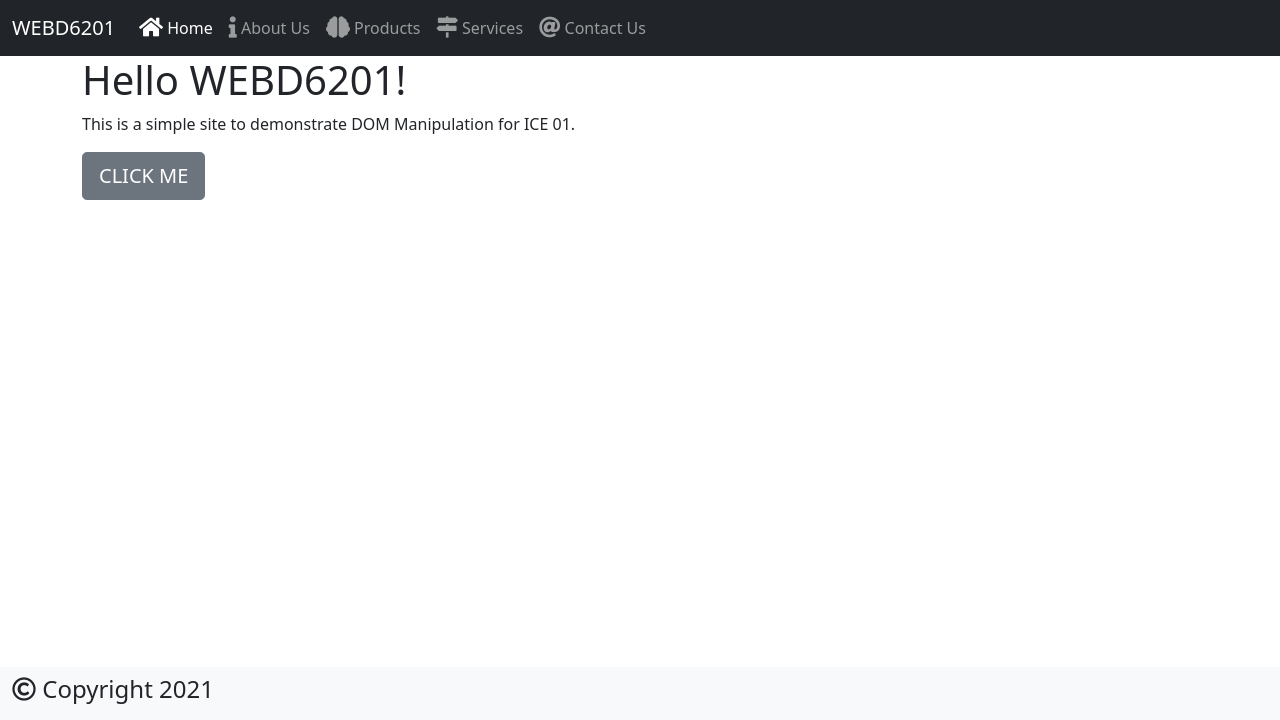
Repository: GarlicButterBoy/WEBD6201-Week1
Page: index.html
These files come from the project's save history. The page is drawn as it stood at one moment and after the next save; the edit follows.
The browser window is 1280 px wide. The pictures show the whole page.

Above is the page before, as saved 2021-01-20 09:41:21.

After the next save:
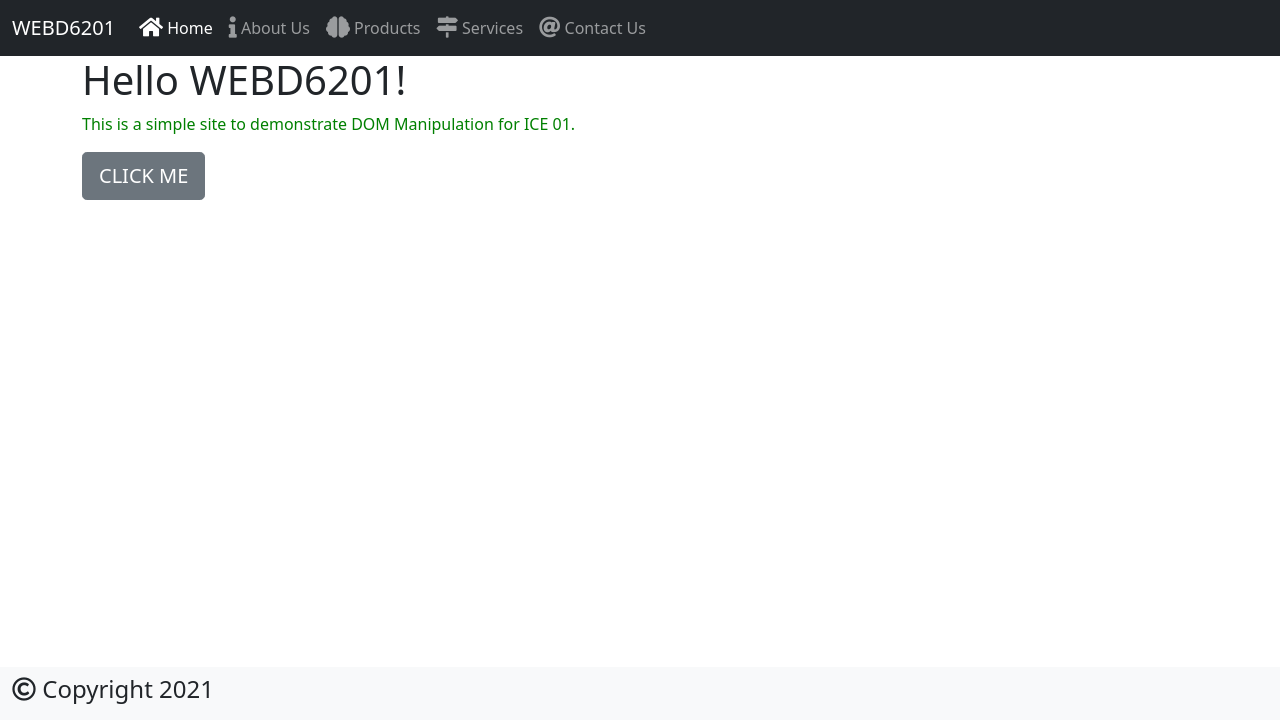
Saved 7 s later.
--- a/Scripts/app.js
+++ b/Scripts/app.js
@@ -20,7 +20,7 @@
 
        let paragraphOneElement = document.getElementById("paragraphOne");
 
-       paragraphOneElement.style
+       paragraphOneElement.style = "color:green";
        paragraphOneElement.textContent = paragraphOneText;
 
        for (let index = 0; index < 5; index++)

After the 2 saves that followed:
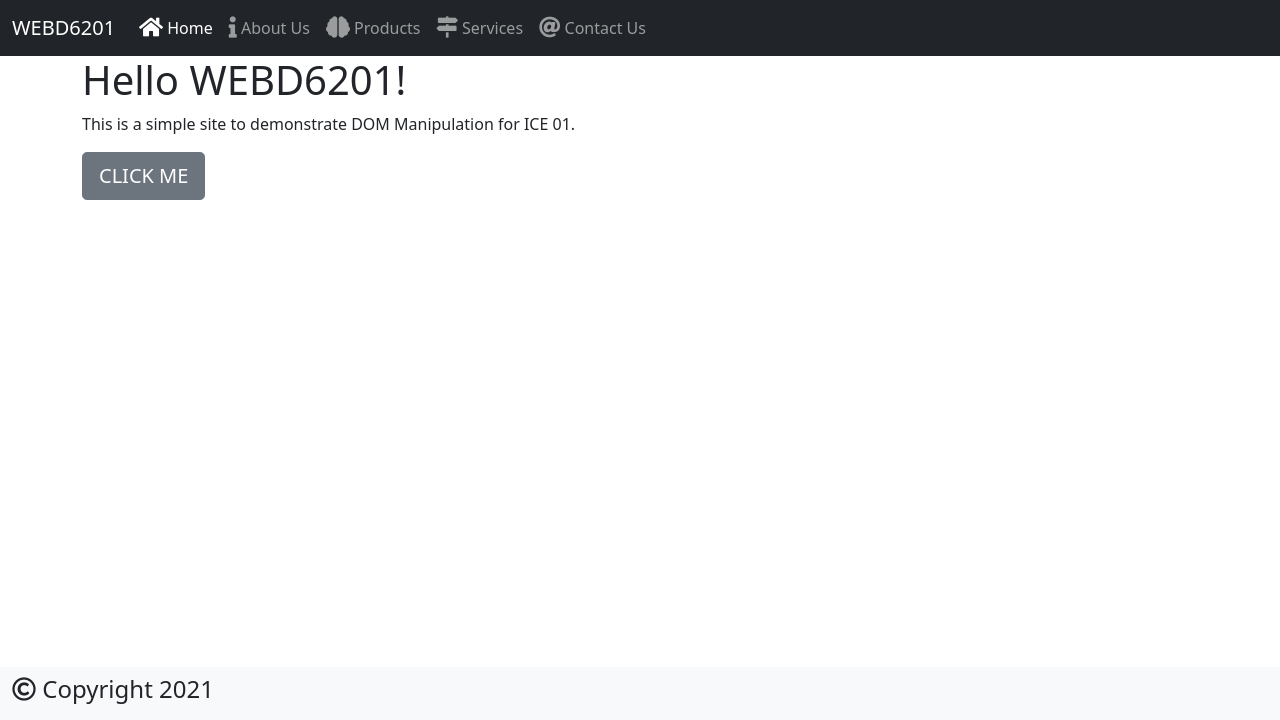
The 2 saves are shown as one change because they came seconds apart.
The last was saved 32 s later.
--- a/Scripts/app.js
+++ b/Scripts/app.js
@@ -20,7 +20,7 @@
 
        let paragraphOneElement = document.getElementById("paragraphOne");
 
-       paragraphOneElement.style = "color:green";
+       paragraphOneElement.className
        paragraphOneElement.textContent = paragraphOneText;
 
        for (let index = 0; index < 5; index++)
